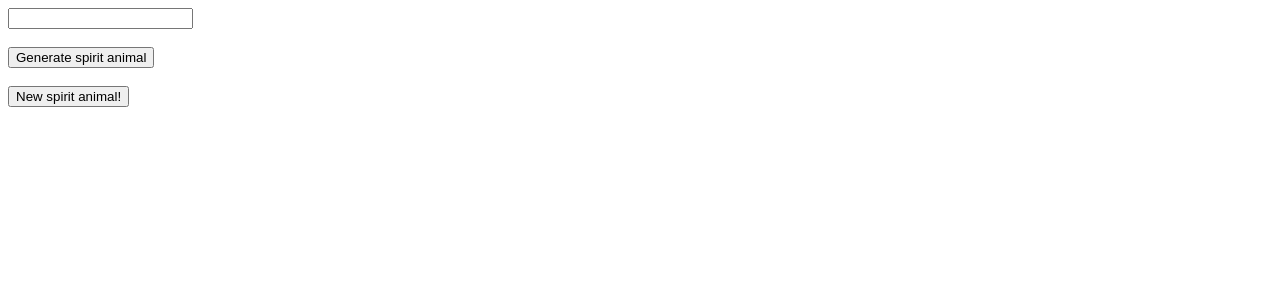
Repository: andrii1/hyf-homework
Page: javascript/javascript2/week1/name-generator.html
An editor plug-in stored every save of this project. The page is shown before and after the next save, followed by the edit.
The browser window is 1280 px wide. The pictures show the whole page.

Above is the page before, as saved 2022-06-25 14:08:32.

After the next save:
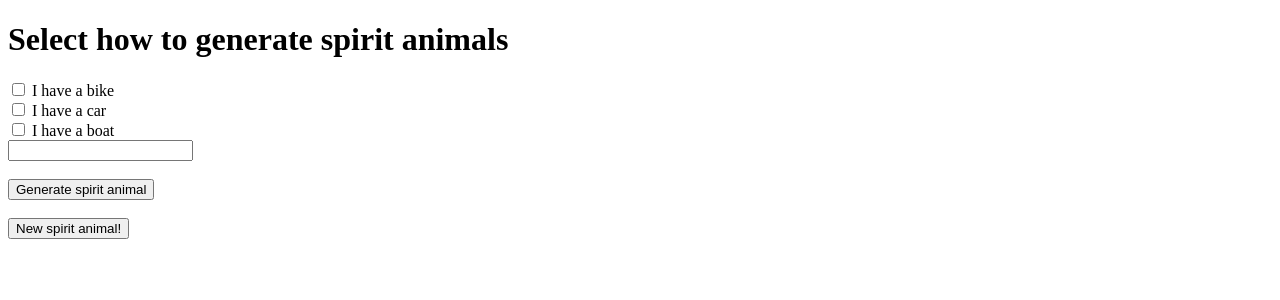
Saved 6 min 25 s later.
--- a/javascript/javascript2/week1/name-generator.html
+++ b/javascript/javascript2/week1/name-generator.html
@@ -7,6 +7,13 @@
   <title>Spirit animal name generator</title>
 </head>
 <body>
+  <h1>Select how to generate spirit animals</h1>
+  <input type="checkbox" id="vehicle1" name="vehicle1" value="Bike">
+  <label for="vehicle1"> I have a bike</label><br>
+  <input type="checkbox" id="vehicle2" name="vehicle2" value="Car">
+  <label for="vehicle2"> I have a car</label><br>
+  <input type="checkbox" id="vehicle3" name="vehicle3" value="Boat">
+  <label for="vehicle3"> I have a boat</label><br>
   <form action="#">
     <input type="text" id="input"><br>
     <br>
